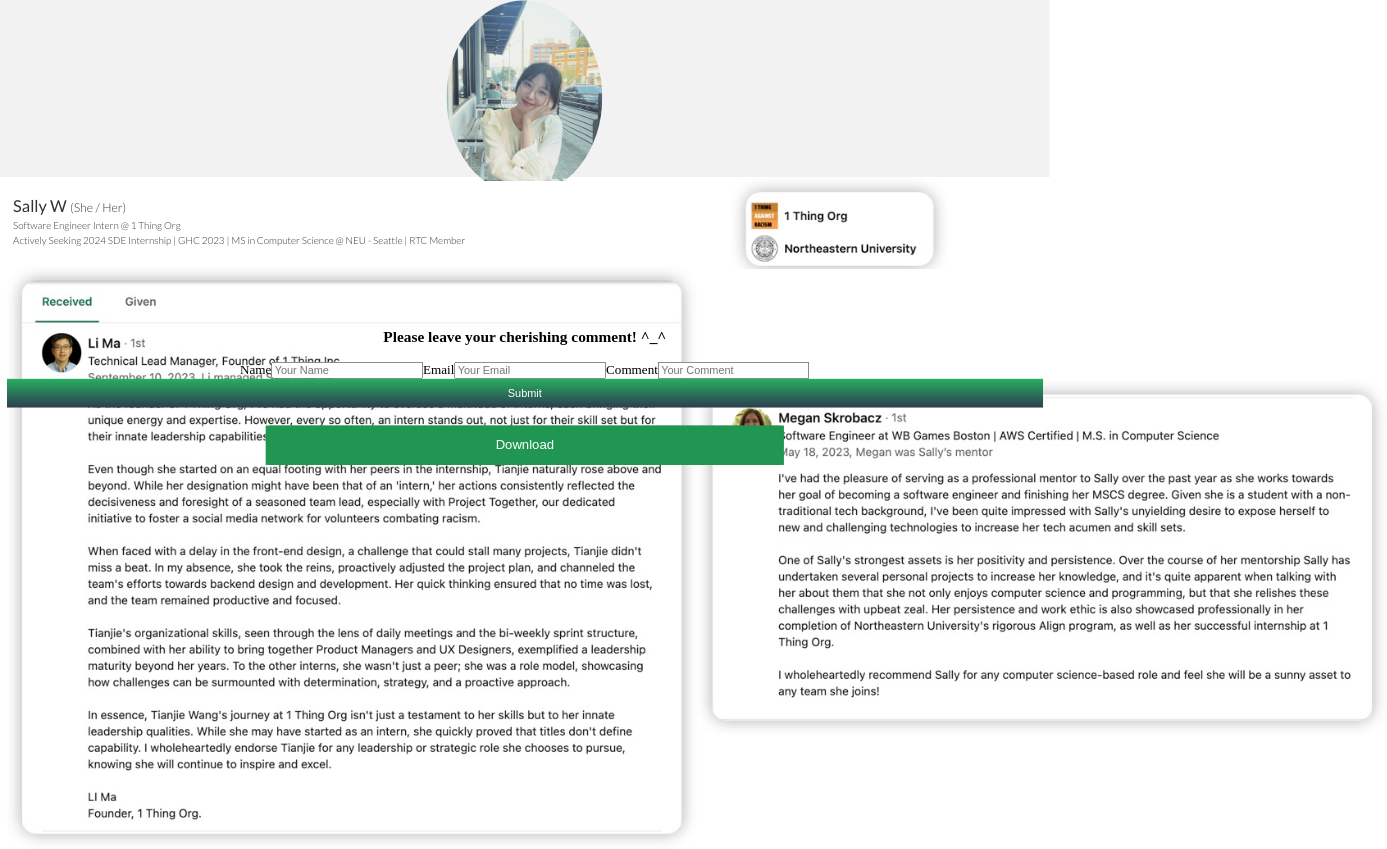
Repository: tianjiewang2022/digital-namecard
Page: recommendation_page.html
An editor plug-in stored every save of this project. The page is shown before and after a run of saves, followed by the edit.
The browser window is 1280 px wide. The page is 1692 px wide, then 1280 px, so the pictures cover 1692 px, including what lies to the right of the window. The pictures show the whole page, at 82% of full size.
Some web fonts or font styles are not loaded; a fallback is used.

Above is the page before, as saved 2023-10-16 00:38:06.

### recommendation_page.html
<!DOCTYPE html>
<html>

    <head>
        <link rel="stylesheet" href="main.css">
        <link href='https://fonts.googleapis.com/css?family=Lato:200,300,400,700' rel='stylesheet' type='text/css'>
        <link href="https://fonts.googleapis.com/css?family=Muli:200,300" rel="stylesheet">
        <meta name="viewport" content="width=device-width, initial-scale=1, shrink-to-fit=no">
    </head>

    <body>
        <section class="bg-color-grey banner">
            <div class="container">
                <div class="row">
                    <div class="col"></div>
                    <div class="col is-5">
                        <img class="profile-pic" src="E4CDA194-B414-4D9C-A781-2C7693C33BDE.JPG" alt="Profile Picture">
                    </div>
                    <div class="col"></div>
                </div>
            </div>
        </section>

        <section class="bg-color-white primary-info">
            <div class="container">
                <div class="row name-title-company">
                    <div class="col is-6">
                        <p class="text-name">Sally W <span>(She / Her)</span></p>
                        <p class="text-title-company">Software Engineer Intern @ 1 Thing Org</p>
                        <p class="text-title-company">Actively Seeking 2024 SDE Internship | GHC 2023 | MS in Computer
                            Science @ NEU - Seattle | RTC Member</p>
                    </div>
                    <div class="col">
                        <img src="iShot_2023-09-12_11.27.03.jpg" alt="Company Logo">
                    </div>
                </div>
            </div>
        </section>

        <section class="bg-color-white secondary-info">
            <div class="container">
                <div class="image-container">
                    <img src="Recommendation_Manager.jpg" alt="Recommendation from Manager">
                    <img src="Recommendation_Mentor.jpg" alt="Recommendation from Mentor">
                </div>
            </div>
        </section>

        <section class="bg-color-white secondary-info">
            <div class="container table-container">
                <h3>Please leave your cherishing comment! ^_^</h3>
                <table>
                    <label for="name">Name</label>
                    <input type="text" id="name" name="name" placeholder="Your Name">

                    <label for="email">Email</label>
                    <input type="email" id="email" name="email" placeholder="Your Email">

                    <label for="message">Comment</label>
                    <input type="text" id="message" name="message" placeholder="Your Comment">

                    <button type="submit">Submit</button>
                </table>
            </div>
        </section>

        <section class="bg-color-white bottom">
            <div class="container">
                <div class="row">
                    <div class="col"></div>
                    <div class="col is-5">
                        <div class="button">
                            <a href="user.vcf">
                                <p class="button">Download</p>
                            </a>
                        </div>
                    </div>
                    <div class="col"></div>
                </div>
            </div>
        </section>

    </body>

</html>

### main.css
html,
body {
	height: 100%;
	width: 100%;
	margin: 0;
	justify-content: center;
}

section {
	display: block;
	padding-left: 0.5rem;
	padding-right: 0.5rem;
	height: auto;
}

p {
	margin: 0.25rem !important;
}

a {
	text-decoration: none;
}

img {
	display: block;
	margin-left: auto;
	margin-right: auto;
	max-height: 100%;
	max-width: 100%;
	height: auto;
	width: auto;
	object-fit: contain;
}

img.profile-pic {
	height: 30%;
	width: 30%;
	object-fit: cover;
	border-radius: 50%;
}

.container {
	margin: 0 auto;
	position: relative;
	height: 100%;
}

.row {
	display: flex;
	justify-content: center;
	align-items: center;
	flex-wrap: nowrap;
	flex-direction: row;
	position: relative;
	height: 100%;
	width: 100%;
}

.col {
	display: block;
	flex-basis: 0;
	flex-grow: 1;
	flex-shrink: 1;
	margin: 0;
	padding: 0.25rem;
	max-width: 100%;
	max-height: 100%;
	overflow: auto;
}

.col.is-1 {
	flex: none;
	width: 10%;
}

.col.is-2 {
	flex: none;
	width: 20%;
}

.col.is-3 {
	flex: none;
	width: 30%;
}

.col.is-4 {
	flex: none;
	width: 40%;
}

.col.is-5 {
	flex: none;
	width: 50%;
}

.col.is-6 {
	flex: none;
	width: 60%;
}

.col.is-7 {
	flex: none;
	width: 70%;
}

.col.is-8 {
	flex: none;
	width: 80%;
}

.col.is-9 {
	flex: none;
	width: 90%;
}

.col.is-10 {
	flex: none;
	width: 100%;
}

.name-title-company {
	height: 100%;
}

.banner {
	height: 30%;
}

.primary-info {
	height: 15%;
}

.secondary-info {
	height: 8%;
}

.bg-color-grey {
	background-color: #F2F2F2;
}

.bg-color-white {
	background-color: white;
}

.text-name {
	font-family: 'Lato', sans-serif;
	font-weight: 400;
	color: #333333;
	font-size: 20px;
}

.text-name span {
	font-family: 'Lato', sans-serif;
	font-weight: 200;
	color: #333333;
	font-size: 15px;
}

.text-title-company {
	font-family: 'Lato', sans-serif;
	font-weight: 200;
	color: #333333;
	font-size: 12px;
}

.text-detail {
	font-family: 'Lato', sans-serif;
	font-weight: 300;
	color: #575757;
	font-size: 12px;
}

.bottom {
	height: 23%;
}

.button {
	background-color: #219653;
	height: 48px;
	padding-left: 24px padding-right: 24px;
	text-align: center;
	vertical-align: middle;
	line-height: 48px;
	font-family: 'Muli', sans-serif;
	color: white;
	font-weight: 300;
}

@media screen and (max-width: 600px) {
	img.profile-pic {
		height: 60%;
		width: 60%;
	}
}

@media screen and (max-width: 480px) {
	img.profile-pic {
		height: 80%;
		width: 80%;
	}
}

.table-container {
	margin: 0 auto;
	/* This centers the container horizontally */
	text-align: center;
	/* This centers the contents of the container */
}


/* CSS for the Submit button */
button {
	width: 100%;
	background: linear-gradient(to bottom, #27ae60, #2c3e50);
	color: white;
	border: none;
	padding: 10px;
	cursor: pointer;
}

/* CSS for button hover effect */
button:hover {
	cursor: pointer;
}

table {
	width: 100%;
	justify-content: center;
	border-collapse: collapse;
	margin-top: 10px;
}

th,
td {
	border: 1px solid #ccc;
	padding: 10px;
	text-align: center;
}

th {
	background-color: #f2f2f2;
}

.grid-container {
	display: grid;
	grid-template-columns: repeat(2, 1fr);
	/* Two columns with equal width */
	gap: 5px;
	/* Add some spacing between grid items */
	align-items: center;
}

/* Add this CSS to your main.css or in a <style> element in the HTML */
.image-container {
	display: flex;
	/* Use flexbox to arrange the images horizontally */
	justify-content: space-between;
	/* Create space between the images */
	align-items: center;
	/* Vertically center the images within the container */
}

.image-container img {
	max-width: 100%;
	/* Ensure images don't exceed their container's width */
	height: auto;
	/* Maintain the aspect ratio of the images */
}

After the next 2 saves:
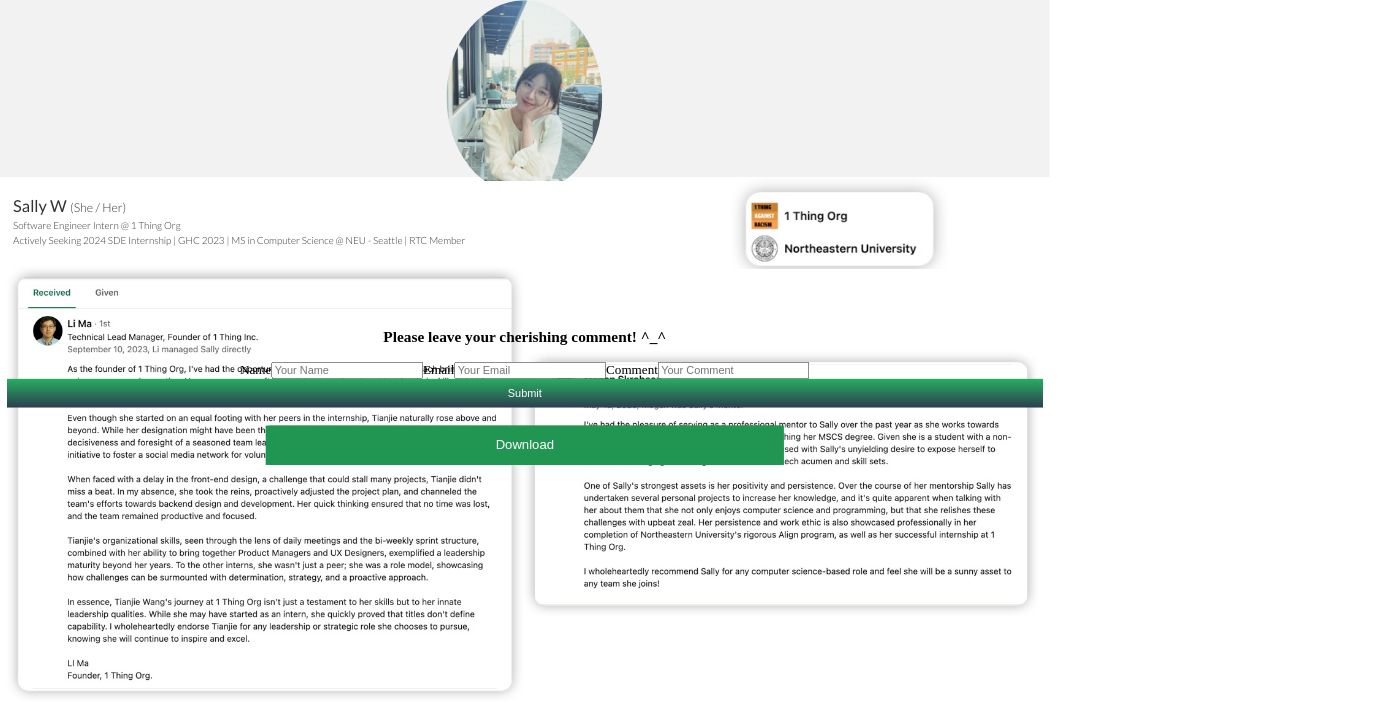
The 2 saves are shown as one change because they came seconds apart.
The last was saved 41 s later.
--- a/recommendation_page.html
+++ b/recommendation_page.html
@@ -36,15 +36,16 @@
                 </div>
             </div>
         </section>
-
         <section class="bg-color-white secondary-info">
-            <div class="container">
+            <div class="container grid-container">
                 <div class="image-container">
                     <img src="Recommendation_Manager.jpg" alt="Recommendation from Manager">
                     <img src="Recommendation_Mentor.jpg" alt="Recommendation from Mentor">
                 </div>
             </div>
         </section>
+
+
 
         <section class="bg-color-white secondary-info">
             <div class="container table-container">
